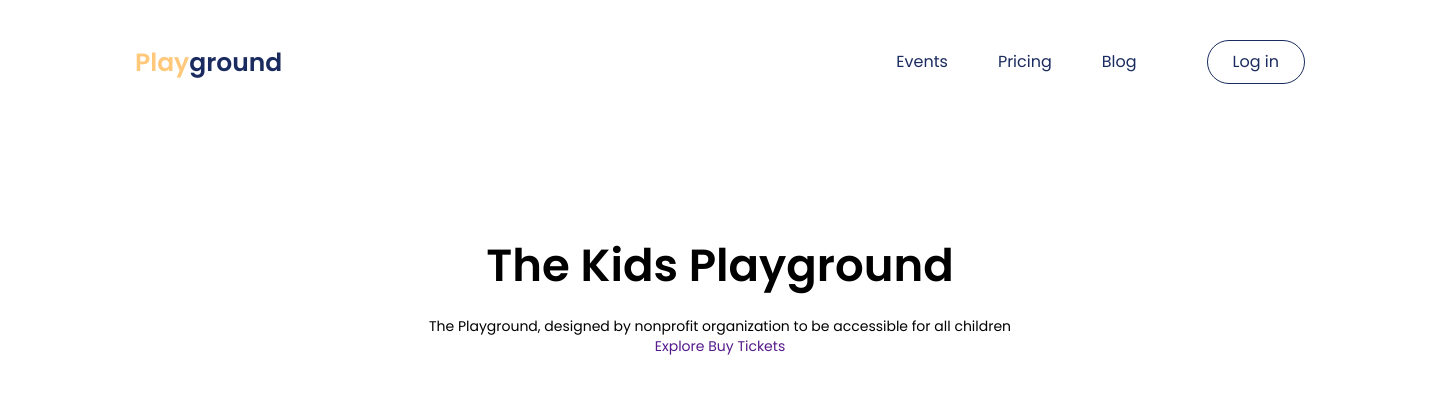
Repository: khuong30082000/the-playground
Page: index.html
These files come from the project's save history. The page is drawn as it stood at one moment and after the next save; the edit follows.
The browser window is 1280 px wide. The page is 1440 px wide, so the pictures cover 1440 px, including what lies to the right of the window. The pictures show the whole page.
The style sheet was rebuilt from its Sass, Less or Tailwind sources for each picture, by a compiler version that may differ from the author's.

Above is the page before, as saved 2022-04-25 13:18:27.

### index.html
<!DOCTYPE html>
<html lang="en">

<head>
    <meta charset="UTF-8" />
    <meta http-equiv="X-UA-Compatible" content="IE=edge" />
    <meta name="viewport" content="width=device-width, initial-scale=1.0" />
    <title>Document</title>
    <link rel="stylesheet" href="css/style.css" />
    <link rel="preconnect" href="https://fonts.googleapis.com" />
    <link rel="preconnect" href="https://fonts.gstatic.com" crossorigin />
    <link href="https://fonts.googleapis.com/css2?family=Poppins:wght@300;400;600&display=swap" rel="stylesheet" />
    <link rel="stylesheet"
        href="https://cdn.jsdelivr.net/npm/@fortawesome/fontawesome-free@5.15.4/css/fontawesome.min.css" />
</head>

<body>
    <div class="wrapper">
        <header class="header">
            <div class="container ">
                <div class="header__inner">
                    <a href="index.html" class="header__logo"><span class="header__logo-text">Play</span>ground</a>
                    <ul class="header__menu-list">
                        <li class="header__menu-item">
                            <a href="" class="header__menu-link">Events</a>
                        </li>
                        <li class="header__menu-item">
                            <a href="" class="header__menu-link">Pricing</a>
                        </li>
                        <li class="header__menu-item">
                            <a href="" class="header__menu-link">Blog</a>
                        </li>
                        <li class="header__menu-item">
                            <a href="" class="header__menu-link header__menu-login">Log in</a>
                        </li>
                    </ul>
                </div>
            </div>
        </header>
        <section class="banner">
            <div class="container">
                <h1 class="banner__heading">The Kids Playground</h1>
                <p class="banner__desc">The Playground, designed by nonprofit organization to be accessible for all
                    children </p>
                <div class="banner__bottom">
                    <a href="" class="btn banner__bottom-left">Explore</a>
                    <a href="" class="btn banner__bottom-right">Buy Tickets</a>
                </div>
            </div>
        </section>
    </div>
</body>

</html>

### scss/style.scss
@import "./variable";
@import "./mixins";
@import "./base";
@import  "./header";
@import "./banner";

### scss/_variable.scss
$primary-color:#ffc87a;
$text-color:#1a2b5f

### scss/_mixins.scss
@mixin flex($align:flex-start,$justify:flex-start,$wrap:nowrap) {
   display:flex;
   align-items: $align;
   justify-content: $justify;
   flex-wrap: $wrap;
}

### scss/_base.scss
*,
*::before,
*::after {
    box-sizing: border-box;
}
* {
    margin: 0;
}

html,
body {
    height: 100%;
    font-size: 62.5%;
}
a {text-decoration: none;}
body {
    line-height: 1.5;
    -webkit-font-smoothing: antialiased;
    -webkit-tap-highlight-color: rgba(0, 0, 0, 0);
}
img {
    display: block;
    max-width: 100%;
}

input,
button,
textarea,
select {
    font: inherit;
    outline: none;
    border: none;
}
p,
h1,
h2,
h3,
h4,
h5,
h6 {
    overflow-wrap: break-word;
}
body {
    font-family: "Poppins", sans-serif;
   font-size: 1.4rem;
   line-height: 1.4;

}
.wrapper {
    width: 144rem;
    margin: 0 auto;
}
.container {
    max-width: 121rem;
    padding-left: 2rem;
    padding-right: 2rem;
    margin:0 auto;
}

### scss/_header.scss
.header {
  padding-top: 4rem;
  &__inner {
    @include flex(center, space-between);
  }
  &__menu {
    &-list {
      @include flex(center);
      list-style: none;
    }
    &-item {
      margin-left: 5rem;
      &:last-child {
        margin-left: 7rem;
      }
    }
    &-link {
      font-size: 1.6rem;
      color: $text-color;
      transition:color 0.25s linear , border 0.25s linear;
      &:hover {
        color: $primary-color;
      }
    }
    &-login {
      padding: 1rem 2.5rem;
      border: 1px solid;
      border-radius: 2.5rem;
      display: inline-block;
    }
  }
  &__logo {
    font-size: 2.5rem;
    font-weight: 600;
    color: $text-color;
    &-text {
      color: $primary-color;
    }
  }
}

### scss/_banner.scss
.banner {
    padding-top: 15rem;
    max-width: 80rem;
    margin: 0 auto;
    text-align: center;
    &__heading {
        font-weight: 600;
        font-size: 4.5rem;
        margin-bottom: 2rem;
    }
}

After the next save:
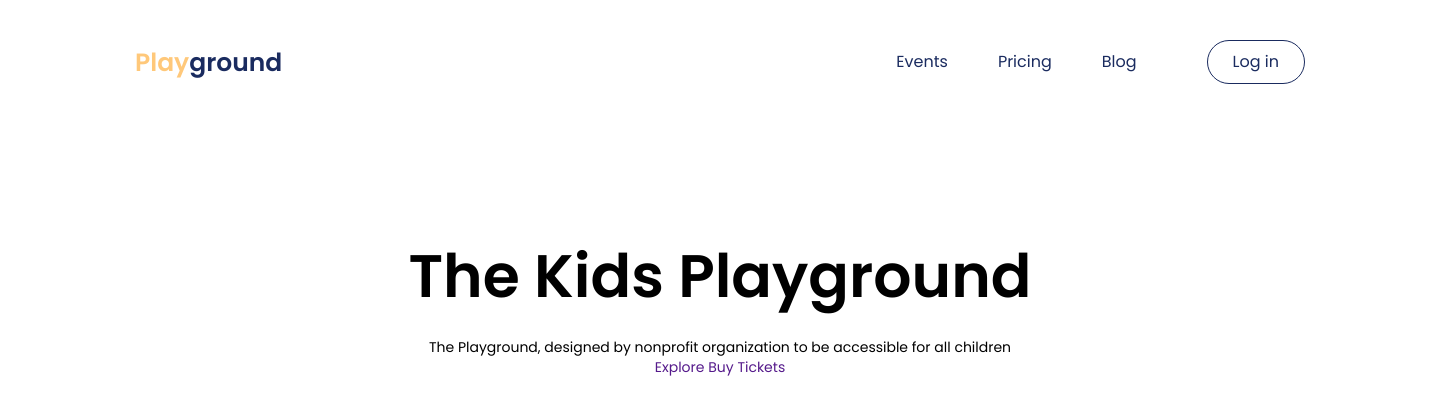
Saved 18 s later.
--- a/scss/_banner.scss
+++ b/scss/_banner.scss
@@ -5,7 +5,7 @@
     text-align: center;
     &__heading {
         font-weight: 600;
-        font-size: 4.5rem;
+        font-size: 6rem;
         margin-bottom: 2rem;
     }
 }
